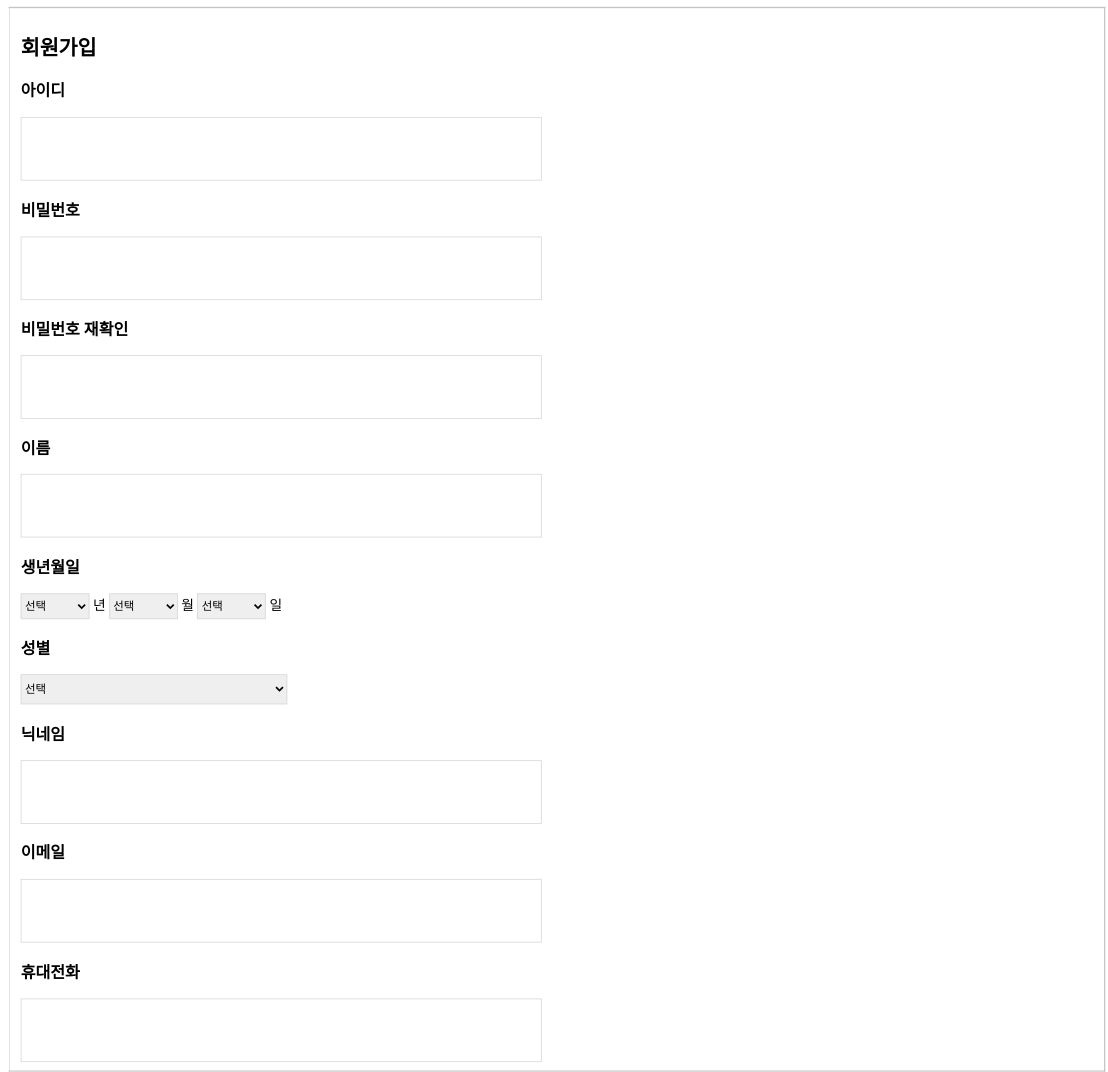
Repository: agheha/trillion
Page: YH/login/login.html
An editor plug-in stored every save of this project. The page is shown before and after the next save, followed by the edit.
The browser window is 1280 px wide. The page is 1288 px wide, so the pictures cover 1288 px, including what lies to the right of the window. The pictures show the whole page, at 86% of full size.

Above is the page before, as saved 2019-09-03 18:13:24.

After the next save:
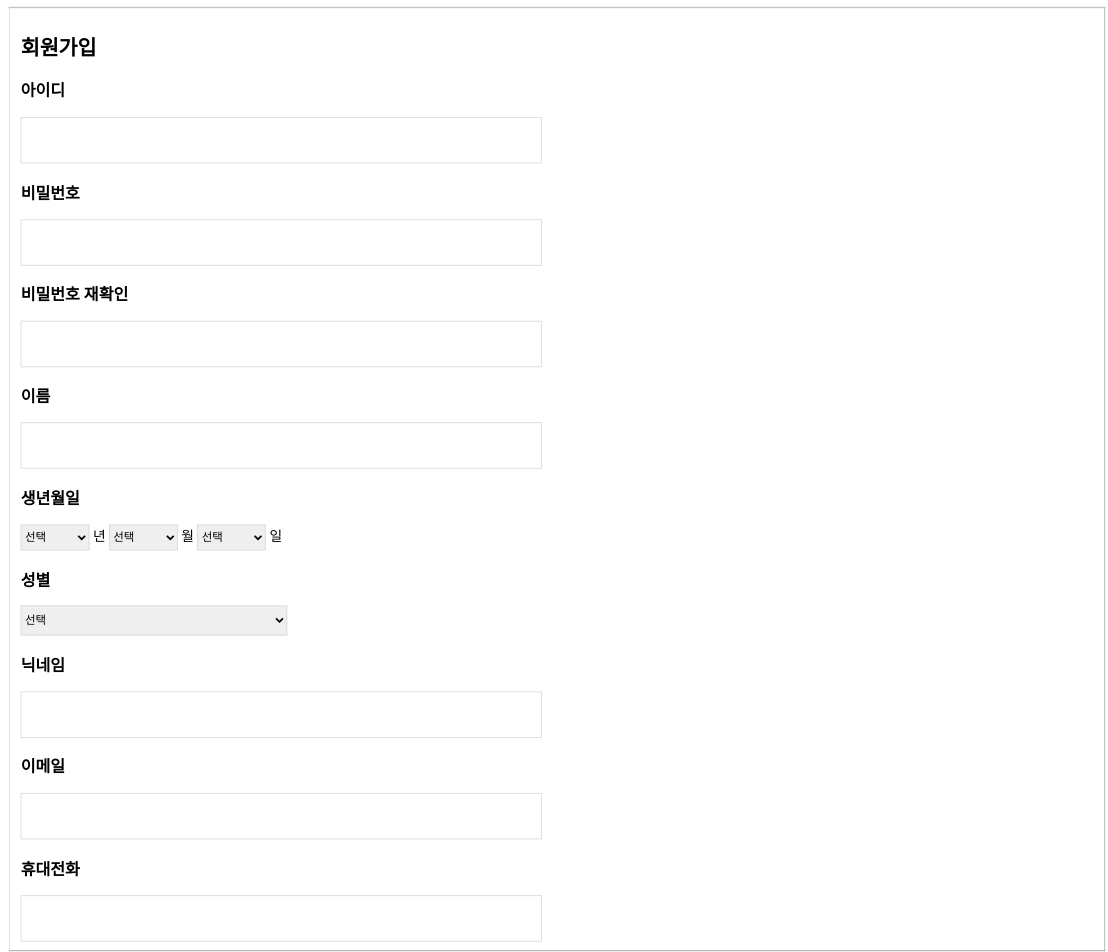
Saved 5 s later.
--- a/YH/login/login.css
+++ b/YH/login/login.css
@@ -5,7 +5,7 @@ body,html {
 }
 input{
     width: 600px;
-    height: 70px;
+    height: 50px;
     border: 1px solid #dadada;
 }
 
